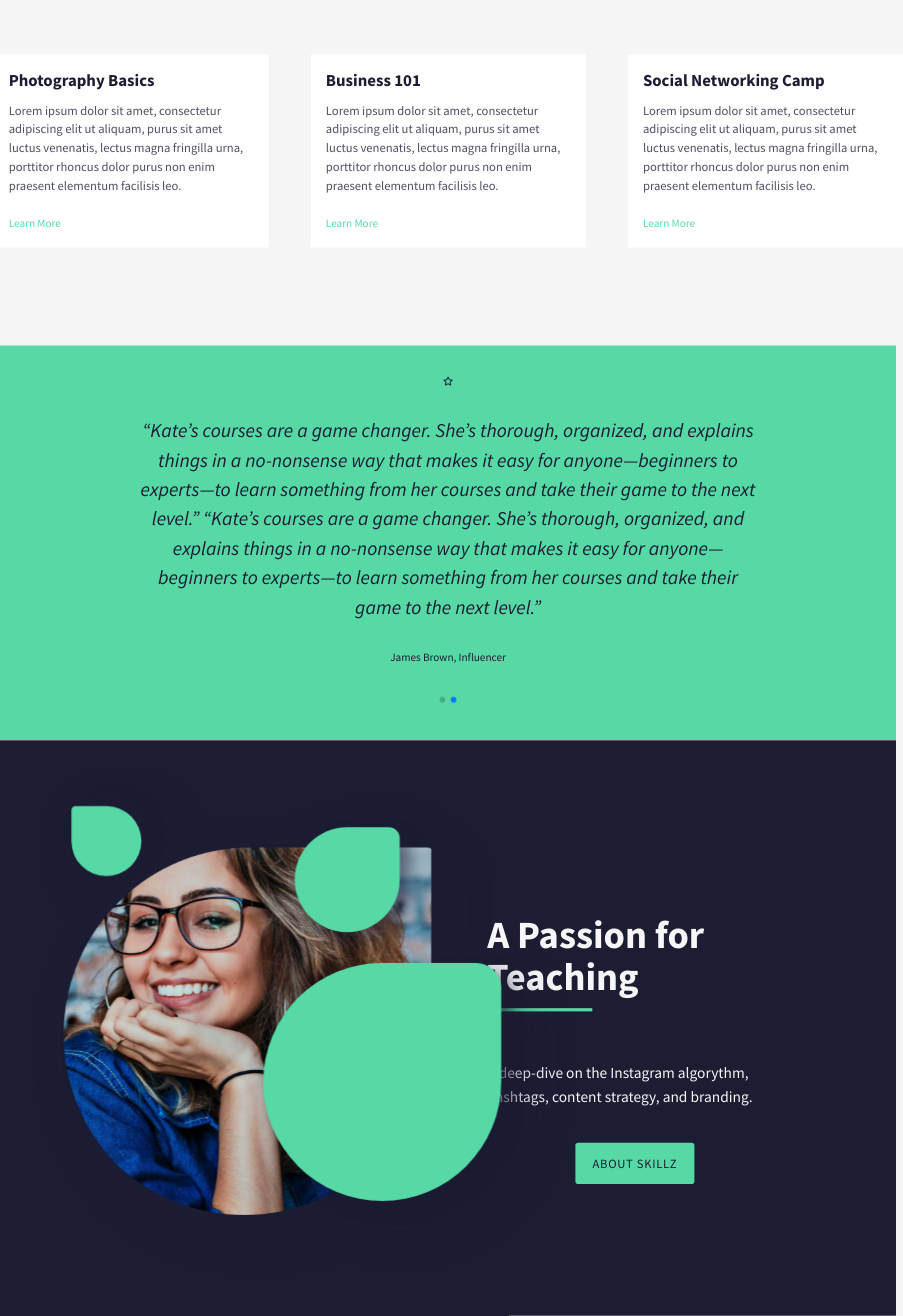
Repository: saidabbasun/skillz
Page: /
These files come from the project's save history. The page is drawn as it stood at one moment and after the next save; the edit follows.
The browser window is 1280 px wide. The page is 1290 px wide, so the pictures cover 1290 px, including what lies to the right of the window. The pictures show the part of the page from y = 3471 to 5351 px (the page is 5351 px tall), at 70% of full size.
The project was rebuilt for these pictures with package versions that can differ from the ones it lists, and the page was loaded fresh each time.

Above is the page before, as saved 2022-06-13 19:09:08.

After the next save:
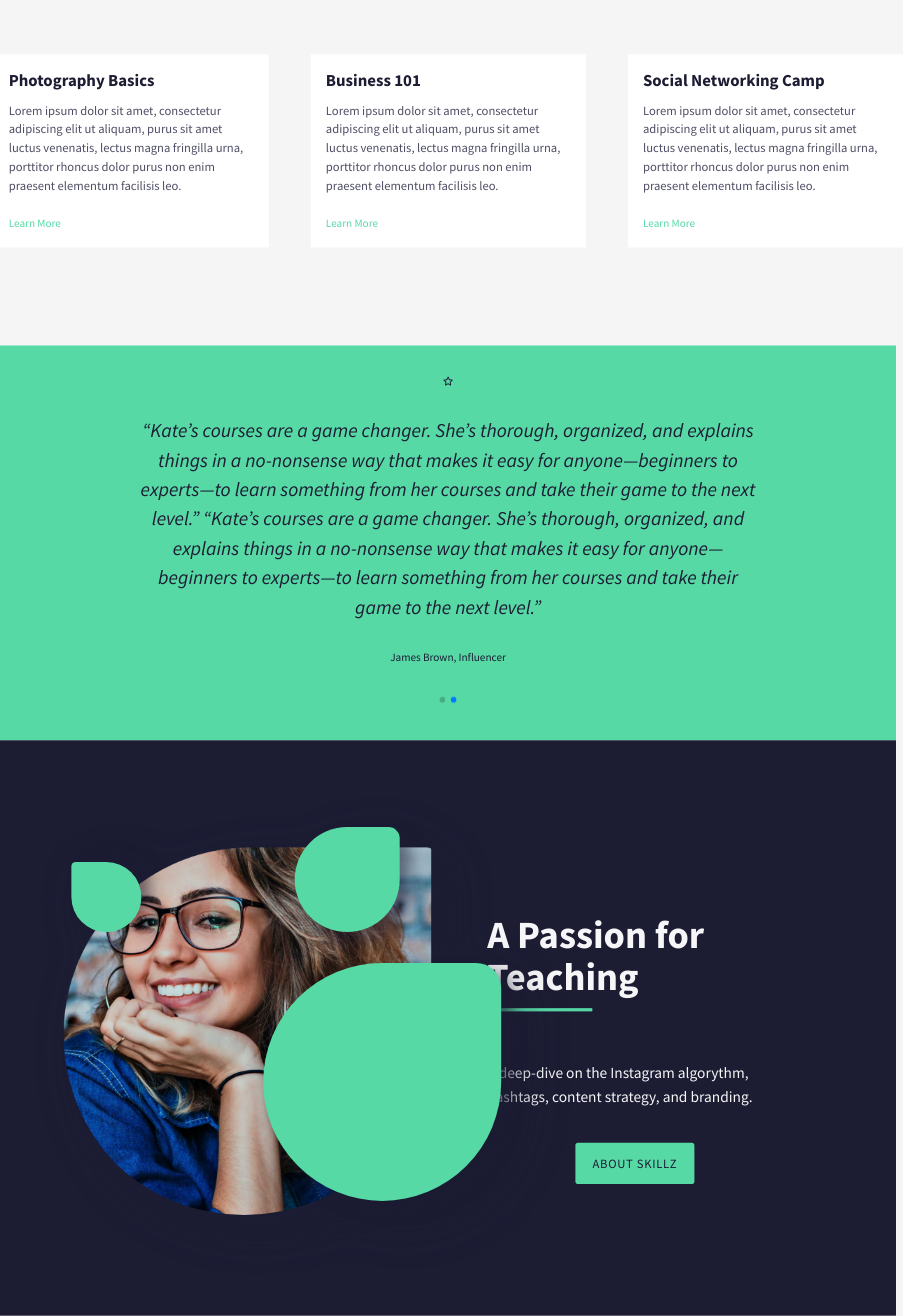
Saved 11 s later.
--- a/src/styles/About.scss
+++ b/src/styles/About.scss
@@ -19,5 +19,6 @@
     //   }
       .Rectangle1{
         left: 20px;
+        top: 30px;
       }
 }
